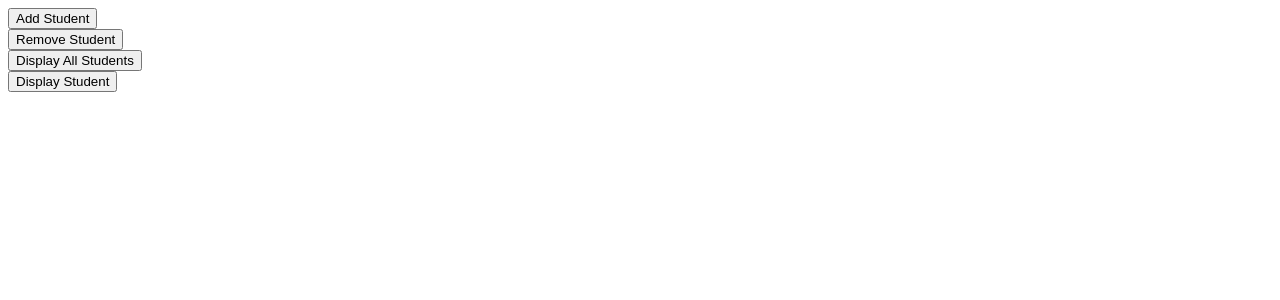
Repository: subhani70/AdvanceJava
Page: ProjectStudent/src/main/webapp/home.html
These files come from the project's save history. The page is drawn as it stood at one moment and after the next save; the edit follows.
The browser window is 1280 px wide. The pictures show the whole page.

Above is the page before, as saved 2025-07-01 19:02:23.

After the next save:
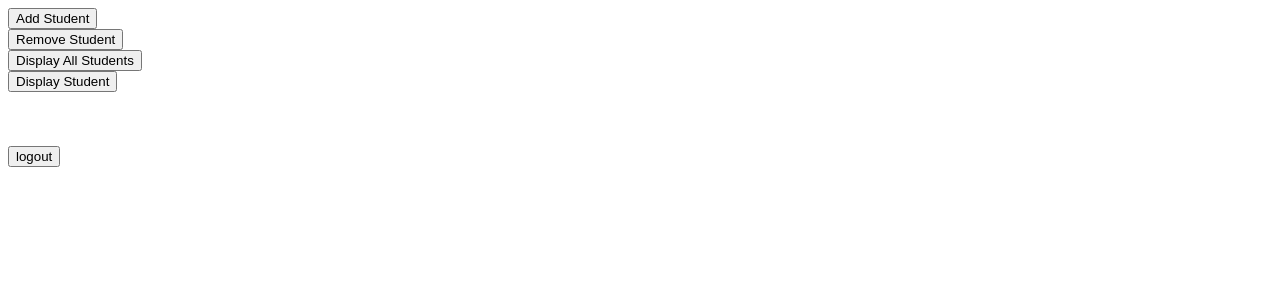
Saved 13 h 18 min later.
--- a/ProjectStudent/src/main/webapp/home.html
+++ b/ProjectStudent/src/main/webapp/home.html
@@ -10,5 +10,11 @@
 <form action="displayAllStudents" method="get">  <button>Display All Students</button></form>
 <form action="student.html" method="post">  <button>Display Student</button></form>
 
+
+<br><br><br>
+<form action="login.html" method="get">
+ <button>logout</button>
+</form>
+
 </body>
 </html>
